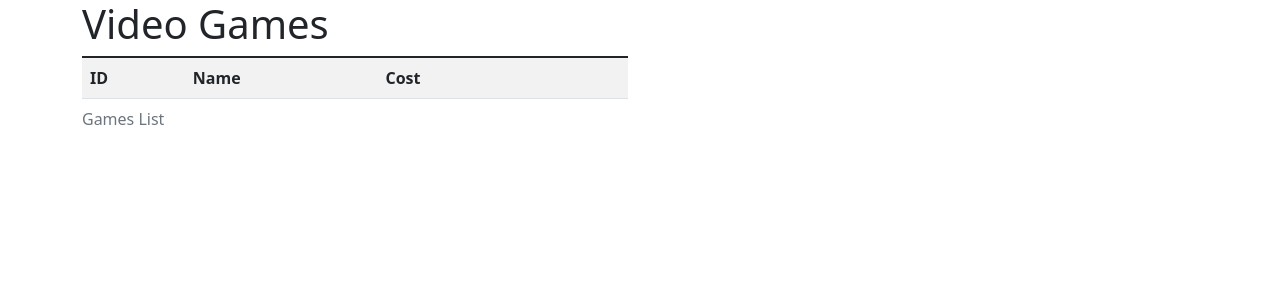
Repository: teban004/COMP1006---W2017
Page: http://localhost/
These files come from the project's save history. The page is drawn as it stood at one moment and after the next save; the edit follows.
The browser window is 1280 px wide. The pictures show the whole page.
The page is run by PHP 8.4 with error messages shown; the project is at /var/www/html/. Queries for data that is not in the repository find no rows.

Above is the page before, as saved 2022-01-04 17:24:01.

### index.php

<!DOCTYPE html>
<html lang="en">
<head>
    <meta charset="utf-8">
    <meta name="viewport" content="width=device-width, initial-scale=1">
    <title>COMP1006</title>
    <!-- CSS Section -->
    <link rel="stylesheet" href="./Scripts/lib/bootstrap/dist/css/bootstrap.min.css"/>
    <!-- <link rel="stylesheet" href="./Scripts/lib/font-awesome/css/fontawesome.css"/> -->
    <link rel="stylesheet" href="https://cdnjs.cloudflare.com/ajax/libs/font-awesome/4.7.0/css/font-awesome.min.css">
    <link rel="stylesheet" href="./Content/app.css"/>
</head>
<body>
    <div class="container">
        <div class="row">
            <div class="col-md-offset-3 col-md-6">
                <h1>Video Games</h1>

                <?php

                    $dsn = 'mysql:host=localhost;dbname=gameDB';
                    $userName = 'gameusr';
                    $password = 'EASportsKonami-2022';

                    try {
                        $db = new PDO($dsn, $userName, $password);
                    }
                    catch(PDOException $e) {
                        $message = $e->getMessage();
                        echo "An error occurred: " . $message;
                    }

                    $query = "SELECT * FROM Games";
                    $statement = $db->prepare($query);
                    $statement->execute(); // run on the db server
                    $games = $statement->fetchAll(); // returns an array for each row

                ?>

                <table class="table table-striped">
                    <caption>Games List</caption>
                    <tr>
                        <th>ID</th>
                        <th>Name</th>
                        <th>Cost</th>
                        <th></th>
                        <th></th>
                    </tr>

                <?php

                    foreach ($games as $game) {
                        echo "\n<tr>";
                        echo "<td>" . $game['Id'] . "</td>";
                        echo "<td>" . $game['Name'] . "</td>";
                        echo "<td>$" . $game['Cost'] . "</td>";
                        echo '<td><button class="btn btn-primary"><i class="fa-regular fa-pen-to-square"></i>Edit</button></td>';
                        echo '<td><button class="btn btn-danger"><i class="fa-regular fa-trash-can"></i>Delete</button></td>';
                        echo "</tr>";
                    }

                ?>

                </table>

        </div>
        </div>

    </div>

    <!-- JavaScript Section-->
    <script src="./Scripts/lib/jquery/dist/jquery.min.js"></script>
    <script src="./Scripts/lib/bootstrap/dist/js/bootstrap.min.js"></script>
    <script src="./Scripts/app.js"></script>
</body>
</html>

### Content/app.css
/* custom CSS goes here */

### Scripts/app.js
/* custom JavaScript goes here */

Loaded but not shown: Scripts/lib/bootstrap/dist/css/bootstrap.min.css (library); Scripts/lib/jquery/dist/jquery.min.js (library); Scripts/lib/bootstrap/dist/js/bootstrap.min.js (library)

After the next save:
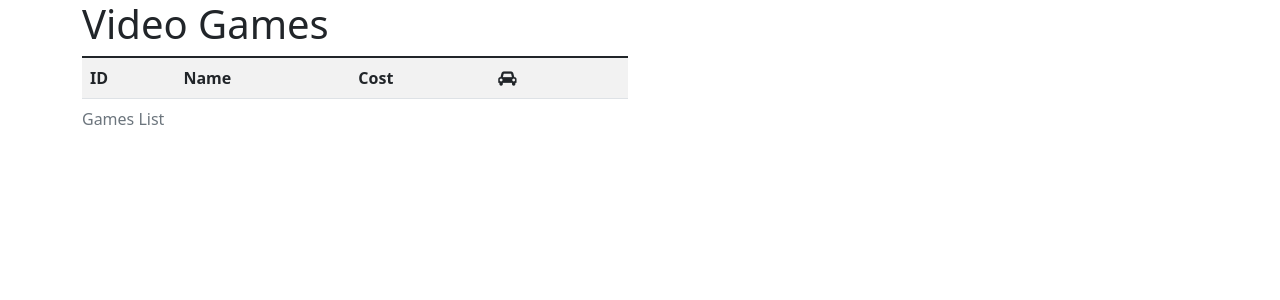
Saved 29 min 11 s later.
--- a/index.php
+++ b/index.php
@@ -44,7 +44,7 @@
                         <th>ID</th>
                         <th>Name</th>
                         <th>Cost</th>
-                        <th></th>
+                        <th><i class="fa fa-car"></i></th>
                         <th></th>
                     </tr>
 
